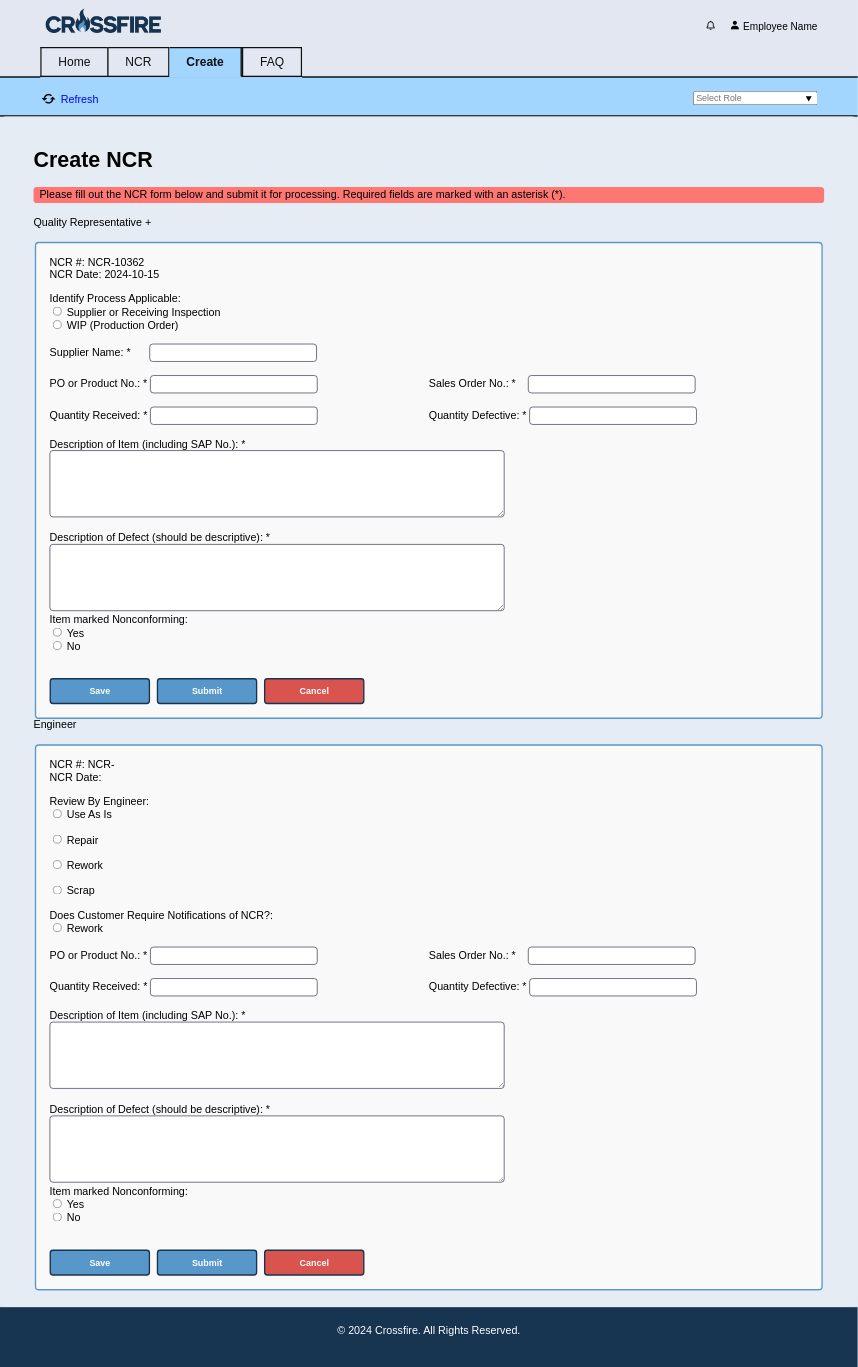
Repository: NyleNC/OSSProg1180
Page: OSS-CrossFire/create - Copy.html
These files come from the project's save history. The page is drawn as it stood at one moment and after the next save; the edit follows.
The browser window is 1280 px wide. The pictures show the whole page, at 67% of full size.

Above is the page before, as saved 2024-11-18 09:47:39.
Console error: TypeError: Cannot read properties of null (reading 'addEventListener')

### OSS-CrossFire/create - Copy.html
<!DOCTYPE html>
<html lang="en">
<head>
    <meta charset="UTF-8">
    <meta name="viewport" content="width=device-width, initial-scale=1.0">
    <title>CrossFireNCR</title>
    <!-- Google Fonts -->
    <link rel="preconnect" href="https://fonts.googleapis.com">
    <link rel="preconnect" href="https://fonts.gstatic.com" crossorigin>
    <link href="https://fonts.googleapis.com/css2?family=Merriweather+Sans:wght@300;400;500&display=swap" rel="stylesheet">

    <link href='https://unpkg.com/boxicons@2.1.4/css/boxicons.min.css' rel='stylesheet'>
    <link rel="stylesheet" href="style.css">
    <script src="script-create.js"></script>
</head>
<body>
    <header>
        <div class="global-header">
            <div class="logo">
                <img src="img/Crossfire-Logo-no-bkgd.png" alt="CrossFire Logo">
            </div>
            <div class="global-selection">

                <div class="notifications">
                    <a href="#" aria-label="Notifications"><i class='bx bx-bell'></i></a>
                </div>
                <div class="employee-info">
                    <i class='bx bxs-user' aria-hidden="true"></i>
                    <p>Employee Name</p>
                </div>

            </div>
        </div>

        <nav>
            <div class="navbar-pages">
                <ul>
                    <li ><a href="index copy.html">Home</a></li>
                    <li><a href="ncr.html">NCR</a></li>
                    <li class="active"><a href="create.html">Create</a></li>
                    <li><a href="faq.html">FAQ</a></li>
                </ul>
            </div>
            <div class="navbar-tools">
                <ul>
                    <li><i class='bx bx-refresh bx-sm' aria-hidden="true"></i><a href="ncr.html">Refresh</a></li>
                   <li class="ddlRole">
                    <input placeholder="Select Role" list="roles" name="role" id="roleInput" onchange="saveRole()">
                        <datalist id="roles">
                            <option value="Quality Rep">
                            <option value="Engineer">
                            <option value="Operations Manager">
                            <option value="Inspector">
                            <option value="Procurement">
                            <option value="Administrator">
                        </datalist>
                    </li>
                </ul>
            </div>
        </nav>
    </header>

    <main class="create-main">
        <h1>Create NCR</h1>
        <p class="edit-p">&nbsp; Please fill out the NCR form below and submit it for processing. Required fields are marked with an asterisk (*).</p>

        <div class="ncrSection">
            <div class="ncrSection-title">
                Quality Representative
                <span>+</span>
            </div>
            <form class="ncrSection-form" id="ncr-form" onsubmit="return validateForm()">
                <fieldset>

                    <div class="form-ncrNum">
                        <label for="ncrNumber">NCR #:</label>
                        <span id="ncrNumber">NCR-</span>
                    </div>
                    <div class="form-ncrDate">
                        <label for="ncrDate">NCR Date:</label>
                        <span id="ncrDate"></span>
                    </div><br>

                    <div class="lblIdf">
                        <label>Identify Process Applicable:</label>
                    </div>
                    <div class="form-ipa1">
                        <input type="radio" id="supp" name="process" value="suppotRec" onclick="enableDisableTextbox(this)">
                        <label for="supp">Supplier or Receiving Inspection</label><br>
                    </div>
                    <div class="form-ipa2">
                        <input type="radio" id="wip" name="process" value="supplier" onclick="enableDisableTextbox(this)">
                        <label for="wip">WIP (Production Order)</label>
                    </div><br>

                    <div class="form-group">
                        <label for="supplierName">Supplier Name: *</label>&nbsp;&nbsp;
                        <input type="text" id="supplierName" class="size-css" required pattern="[a-zA-Z ]{2,30}" title="Please enter a valid name (letters only).">
                    </div>

                    <div class="form-group">
                        <div class="left-side">
                            <label for="ProductNo">PO or Product No.: *</label>
                            <input type="text" id="ProductNo" required pattern="\d{5}" title="Please enter exactly 5 digits.">
                        </div>
                        <div class="left-side">
                            <label for="SaleOrderNo">Sales Order No.: *</label>&nbsp;&nbsp;&nbsp;
                            <input type="text" id="SaleOrderNo" required pattern="\d{5}" title="Please enter exactly 5 digits.">
                        </div>
                    </div>

                    <div class="form-group">
                        <div class="right-side">
                            <label for="quantityReceived">Quantity Received: *</label>
                            <input type="number" id="quantityReceived" required min="1" title="Please enter a valid quantity.">
                        </div>
                        <div class="right-side">
                            <label for="quantityDefective">Quantity Defective: *</label>
                            <input type="number" id="quantityDefective" required min="0" title="Please enter a valid quantity.">
                        </div>
                    </div>

                    <div class="form-ta-itemDes">
                        <label for="itemDescription">Description of Item (including SAP No.): *</label><br>
                        <textarea id="itemDescription" maxlength="3000" required></textarea>
                    </div><br>

                    <div class="form-ta-defDes">
                        <label for="defectDescription">Description of Defect (should be descriptive): *</label><br>
                        <textarea id="defectDescription" required></textarea>
                    </div>

                    <div class="lblImn">
                        <label>Item marked Nonconforming:</label>
                    </div>
                    <div class="form-Yes">
                        <input id="imnYes" name="nonconforming" type="radio" value="yes">
                        <label for="imnYes">Yes</label>
                    </div>
                    <div class="form-No">
                        <input id="imnNo" name="nonconforming" type="radio" value="no">
                        <label for="imnNo">No</label>
                    </div><br>

                    <div class="btnContainer">
                        <button type="save" class="btnSave">Save</button>
                        <button type="submit" class="btnSubmit">Submit</button>
                        <button type="button" class="btnCancel" onclick="goBack()">Cancel</button>
                    </div>
                </fieldset>
            </form>
        </div>

        <div class="ncrSection">
            <div class="ncrSection-title">Engineer</div>
            <form class="ncrSection-form" id="ncr-form" onsubmit="return validateForm()">
                <fieldset>

                    <div class="form-ncrNum">
                        <label for="ncrNumber">NCR #:</label>
                        <span id="ncrNumber">NCR-</span>
                    </div>
                    <div class="form-ncrDate">
                        <label for="ncrDate">NCR Date:</label>
                        <span id="ncrDate"></span>
                    </div><br>

                    <div class="lblIdf">
                        <label>Review By Engineer:</label>
                    </div>
                    <div class="form-ipa1">
                        <input type="radio" id="asIS" name="asIS" value="asIS" >
                        <label for="supp">Use As Is</label>
                    </div><br>
                    <div class="form-ipa2">
                        <input type="radio" id="repair" name="repair" value="repair" >
                        <label for="wip">Repair</label>
                    </div><br>
                    <div class="form-ipa2">
                        <input type="radio" id="reWork" name="reWork" value="reWork" >
                        <label for="wip">Rework</label>
                    </div><br>
                    <div class="form-ipa2">
                        <input type="radio" id="scrap" name="scrap" value="scrap" >
                        <label for="wip">Scrap</label>
                    </div><br>

                    <div class="lblIdf">
                        <label>Does Customer Require Notifications of NCR?:</label>
                    </div>
                    <div class="form-ipa2">
                        <input type="radio" id="reWork" name="reWork" value="reWork" >
                        <label for="wip">Rework</label>
                    </div><br>

                    <div class="form-group">
                        <div class="left-side">
                            <label for="ProductNo">PO or Product No.: *</label>
                            <input type="text" id="ProductNo" required pattern="\d{5}" title="Please enter exactly 5 digits.">
                        </div>
                        <div class="left-side">
                            <label for="SaleOrderNo">Sales Order No.: *</label>&nbsp;&nbsp;&nbsp;
                            <input type="text" id="SaleOrderNo" required pattern="\d{5}" title="Please enter exactly 5 digits.">
                        </div>
                    </div>

                    <div class="form-group">
                        <div class="right-side">
                            <label for="quantityReceived">Quantity Received: *</label>
                            <input type="number" id="quantityReceived" required min="1" title="Please enter a valid quantity.">
                        </div>
                        <div class="right-side">
                            <label for="quantityDefective">Quantity Defective: *</label>
                            <input type="number" id="quantityDefective" required min="0" title="Please enter a valid quantity.">
                        </div>
                    </div>

                    <div class="form-ta-itemDes">
                        <label for="itemDescription">Description of Item (including SAP No.): *</label><br>
                        <textarea id="itemDescription" maxlength="3000" required></textarea>
                    </div><br>

                    <div class="form-ta-defDes">
                        <label for="defectDescription">Description of Defect (should be descriptive): *</label><br>
                        <textarea id="defectDescription" required></textarea>
                    </div>

                    <div class="lblImn">
                        <label>Item marked Nonconforming:</label>
                    </div>
                    <div class="form-Yes">
                        <input id="imnYes" name="nonconforming" type="radio" value="yes">
                        <label for="imnYes">Yes</label>
                    </div>
                    <div class="form-No">
                        <input id="imnNo" name="nonconforming" type="radio" value="no">
                        <label for="imnNo">No</label>
                    </div><br>


                    <div class="btnContainer">
                        <button type="save" class="btnSave">Save</button>
                        <button type="submit" class="btnSubmit">Submit</button>
                        <button type="button" class="btnCancel" onclick="goBack()">Cancel</button>
                    </div>
                </fieldset>
            </form>
        </div>

    </main>

    <div id="successPopup" class="popup" style="display:none;">
        <div class="popup-content">
            <p>NCR created successfully!</p>
            <p>What would you like to do next?</p>
            <button onclick="createAnotherNCR()">Create Another NCR</button>
            <button onclick="viewAllNCRs()">View All NCRs</button>
            <button onclick="closePopup()">Close</button>
        </div>
    </div>

    <footer class="ncr-footer">
        <p>&copy; 2024 Crossfire. All Rights Reserved.</p>
    </footer>

    <script src="script-view.js"></script>
</body>
</html>

Loaded but not shown: OSS-CrossFire/script-view.js (123 lines, source omitted); OSS-CrossFire/script-create.js (14 lines, source omitted); OSS-CrossFire/style.css (850 lines, source omitted)

After the next save:
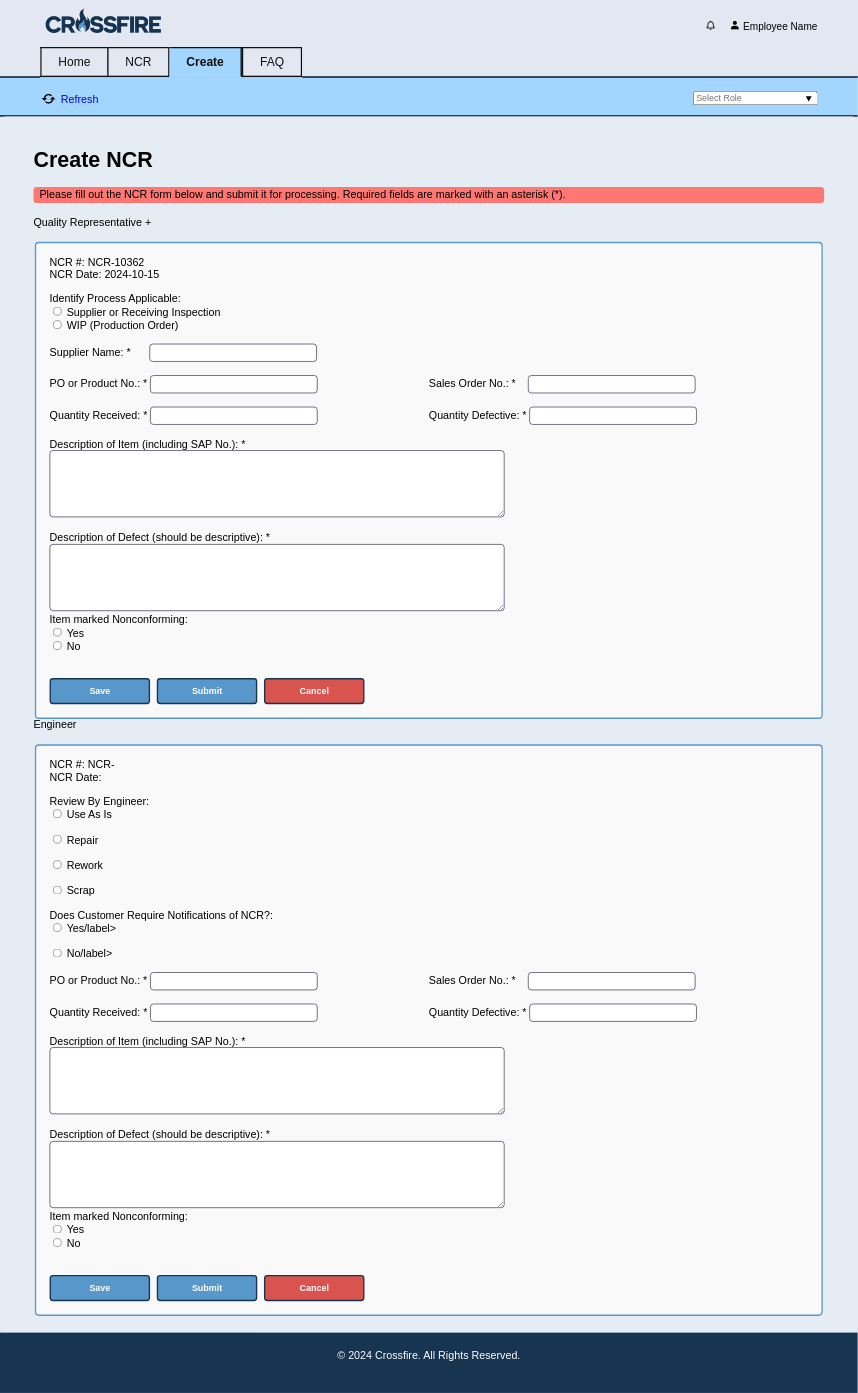
Saved 38 s later.
--- a/OSS-CrossFire/create - Copy.html
+++ b/OSS-CrossFire/create - Copy.html
@@ -189,8 +189,12 @@
                         <label>Does Customer Require Notifications of NCR?:</label>
                     </div>
                     <div class="form-ipa2">
-                        <input type="radio" id="reWork" name="reWork" value="reWork" >
-                        <label for="wip">Rework</label>
+                        <input type="radio" id="cusYes" name="cusYes" value="cusYes" >
+                        <label for="wip">Yes/label>
+                    </div><br>
+                    <div class="form-ipa2">
+                        <input type="radio" id="cusNO" name="cusNO" value="cusNO" >
+                        <label for="wip">No/label>
                     </div><br>
 
                     <div class="form-group">
